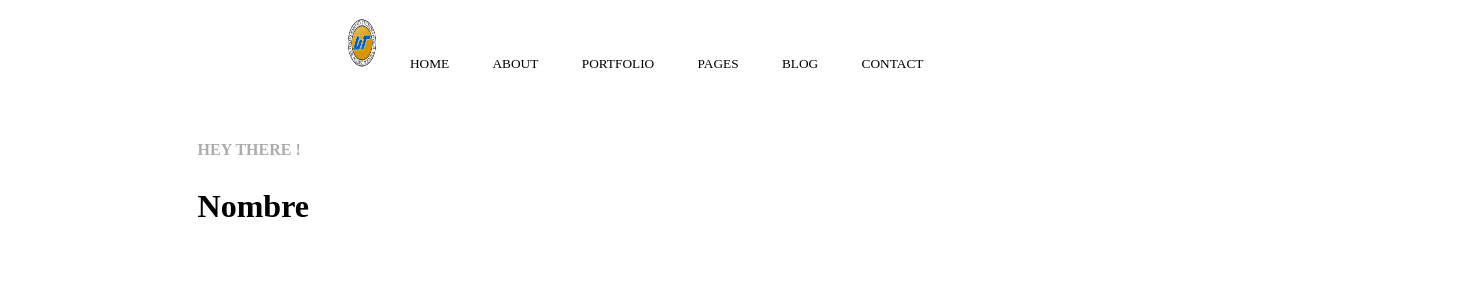
Repository: Armandoyerek11/proyectou1
Page: index.html
The author's editor kept a copy of each file at every save. The page is drawn from the files as they stood at one save, then again after the next save.
The browser window is 1280 px wide. The page is 1462 px wide, so the pictures cover 1462 px, including what lies to the right of the window. The pictures show the whole page.

Above is the page before, as saved 2022-05-30 13:46:56.

### index.html
<!DOCTYPE html>
<html lang="en">

<head>
    <meta charset="UTF-8">
    <meta http-equiv="X-UA-Compatible" content="IE=edge">
    <meta name="viewport" content="width=device-width, initial-scale=1.0">
    <title>Proyecto U1</title>
    <link rel="stylesheet" href="style.css">
</head>

<body>
    <nav>
        <a><img src="logo.jpg" width="50" height="50"></li>
        </a>
        <a href="#" class="nav_bar">HOME</a>
        <a href="#" class="nav_bar">ABOUT</a>
        <a href="#" class="nav_bar">PORTFOLIO</a>
        <a href="#" class="nav_bar">PAGES</a>
        <a href="#" class="nav_bar">BLOG</a>
        <a href="#" class="nav_bar">CONTACT</a>
    </nav>
    <br>
    </br>
    <h1> HEY THERE !</h1>

    <h2>Nombre</h2>
</body>

</html>

### style.css
.nav_bar {
    display: inline-block;
    background: white;
    color: black;
    padding: 9px 20px;
    text-decoration: none;
}

.nav_bar:hover {
    background: rgb(255, 251, 251);
}

nav {
    background: rgb(255, 255, 255);
    padding: 10px;
    text-align: center;
    font-style: sans-serif;
    font-size: smaller;
}

h1 {
    color: #adacac;
    font-size: 1em;
    top: 50%;
    left: 80%;
    transform: translatex(15%) translatey(15%);
}

h2 {
    color: black;
    font-size: 2em;
    top: 50%;
    right: 10ch;
    transform: translatex(15%) translatey(15%);
}

After the next save:
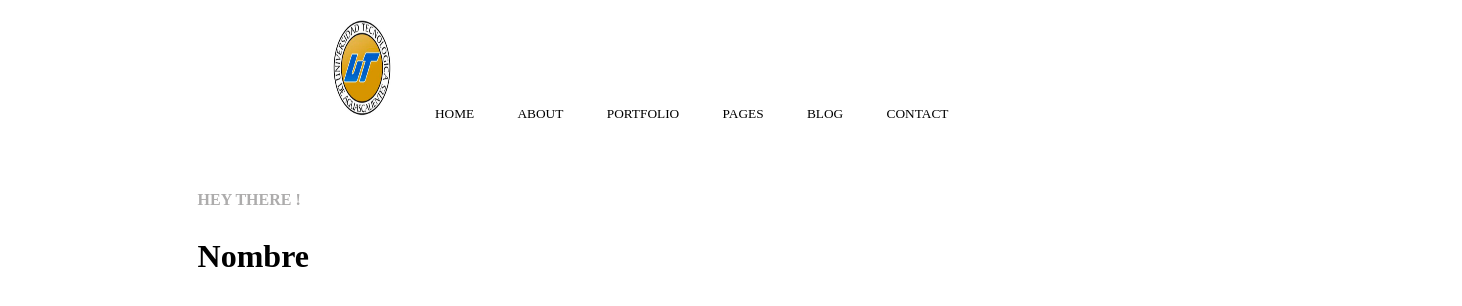
Saved 29 s later.
--- a/index.html
+++ b/index.html
@@ -11,7 +11,7 @@
 
 <body>
     <nav>
-        <a><img src="logo.jpg" width="50" height="50"></li>
+        <a><img src="logo.jpg" width="100" height="100"></li>
         </a>
         <a href="#" class="nav_bar">HOME</a>
         <a href="#" class="nav_bar">ABOUT</a>
